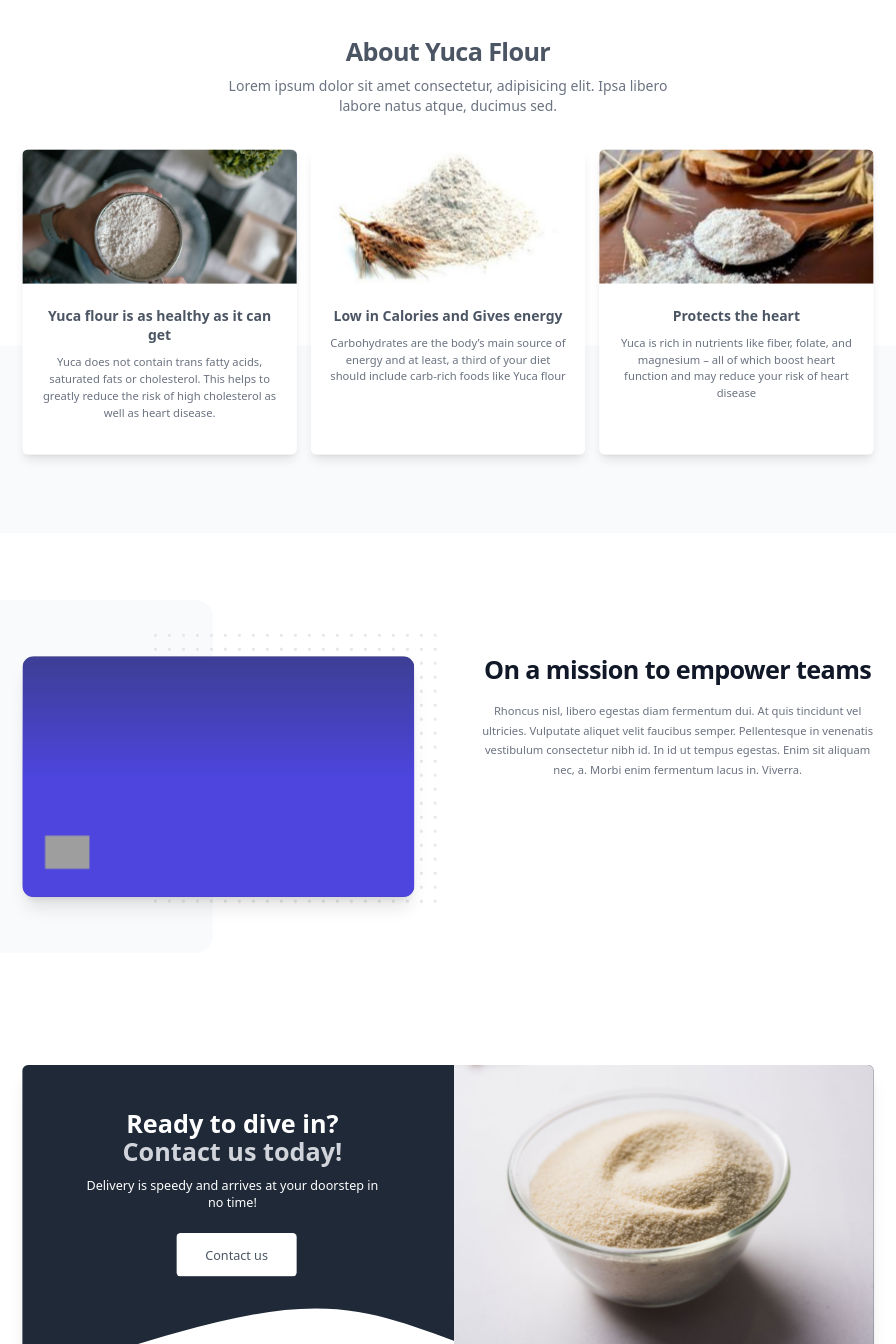
Repository: bellatrick/prime-foods
Page: /
An editor plug-in stored every save of this project. The page is shown before and after a run of saves, followed by the edit.
The browser window is 1280 px wide. The pictures show the part of the page from y = 789 to 2709 px (the page is 3008 px tall), at 70% of full size.
Pictures or frames that could not be fetched are drawn as grey boxes. Some web fonts or font styles are not loaded; a fallback is used. The project was rebuilt for these pictures with package versions that can differ from the ones it lists, and the page was loaded fresh each time.

Above is the page before, as saved 2022-05-01 12:34:56.

After the next 3 saves:
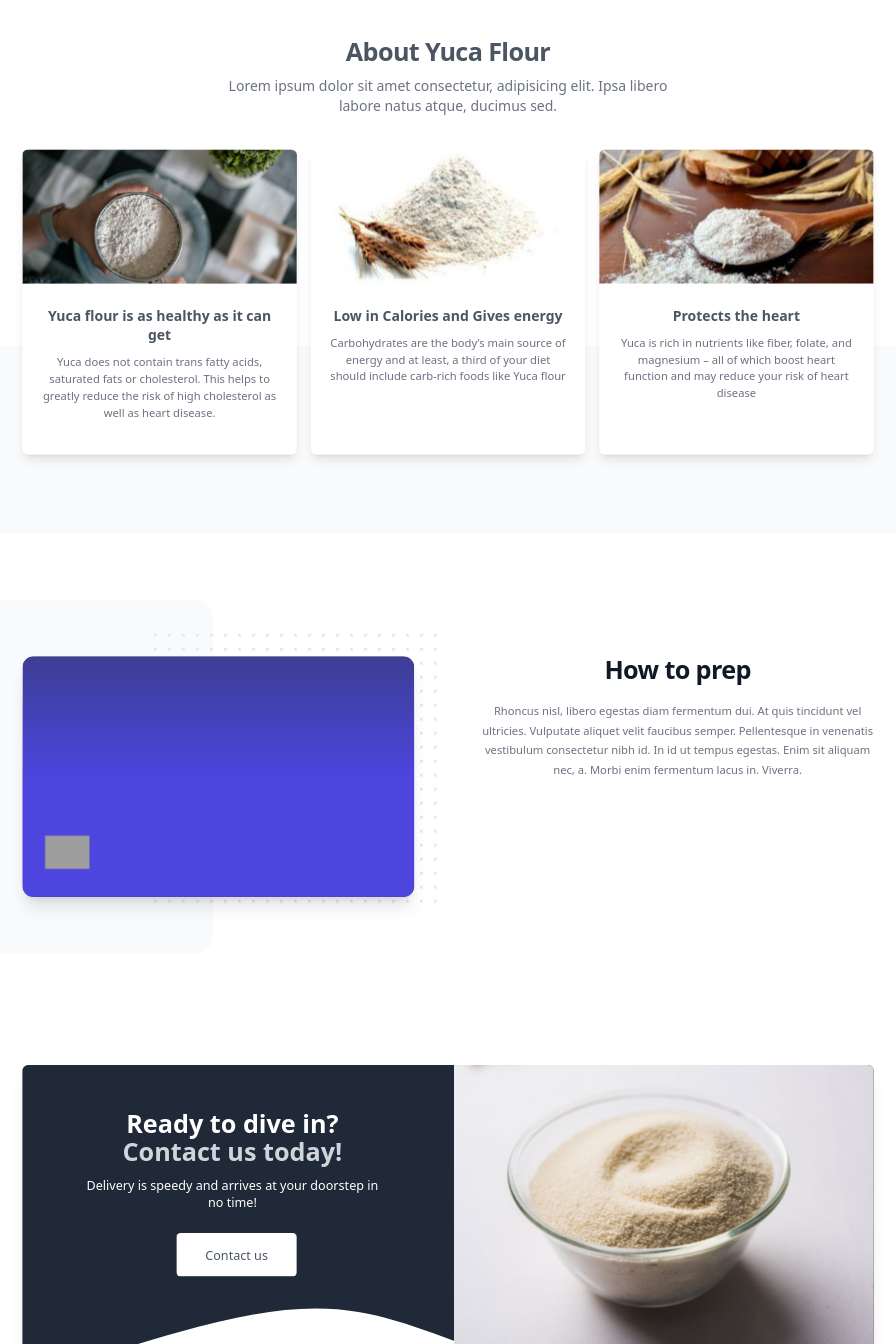
The 3 saves are shown as one change because they came seconds apart.
The last was saved 12 s later.
--- a/src/components/Content.jsx
+++ b/src/components/Content.jsx
@@ -54,7 +54,7 @@
             {/* Content area */}
             <div className="pt-12 sm:pt-16 lg:pt-20">
               <h2 className="text-3xl text-gray-900 font-extrabold tracking-tight sm:text-4xl">
-                On a mission to empower teams
+                How to prep
               </h2>
               <div className="mt-6 text-gray-500 space-y-6">
 
